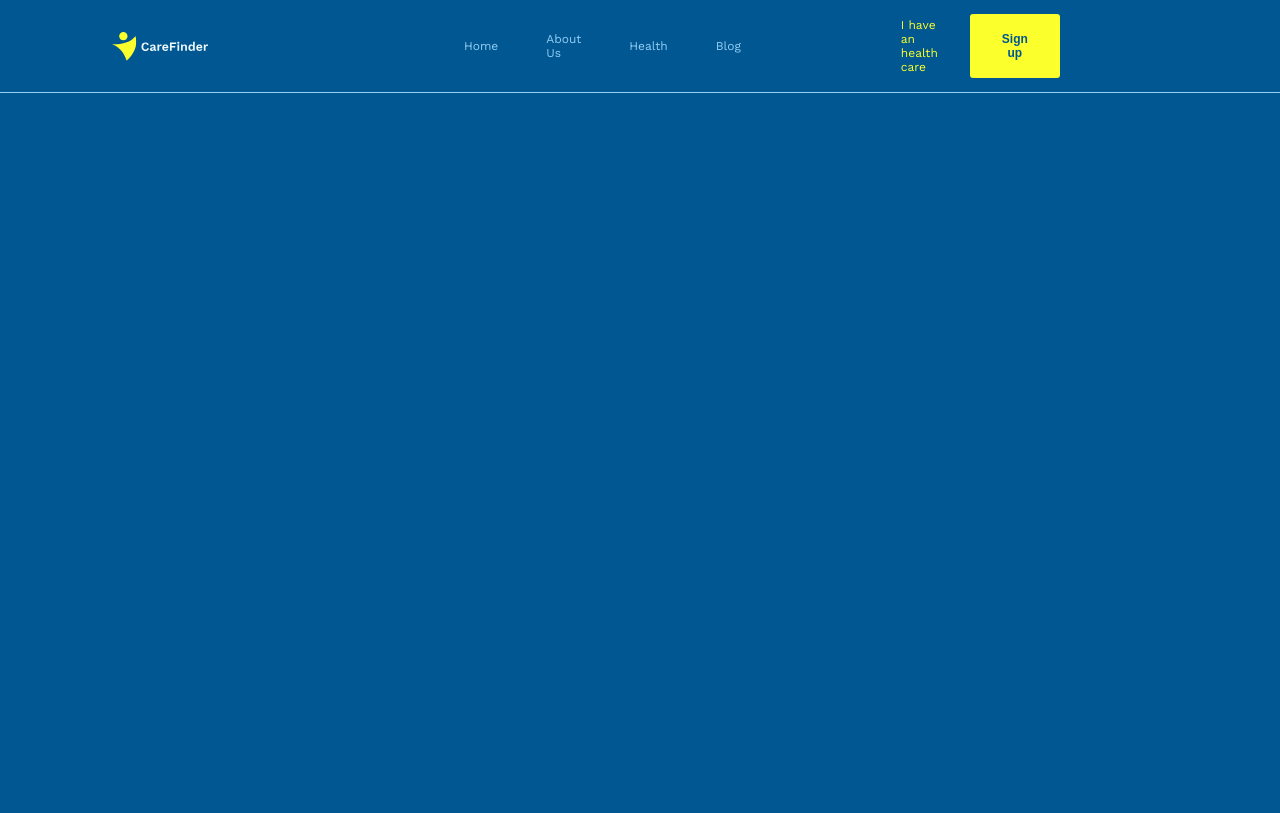
Repository: PreciousOritsedere/Carefinder-App
Page: /
These files come from the project's save history. The page is drawn as it stood at one moment and after a run of saves; the edit follows.
The browser window is 1280 px wide. The pictures show the whole page.
The project was rebuilt for these pictures with package versions that can differ from the ones it lists, and the page was loaded fresh each time. The framework's server and built-in components were replaced by stand-ins that run in the browser. Also part of the build but not shown: next.config.js, src/Components/Nav_Menu/NavMenu.js.

Above is the page before, as saved 2023-06-12 19:56:44.

### src/app/layout.js
// use client


import "./globals.css";
import { Work_Sans } from "next/font/google";
import Navbar from "@/Components/Nav/Navbar";

const work_sans = Work_Sans({ subsets: ["latin"] });

export const metadata = {
  title: "Carefinder",
  description: "Generated by create next app",
};

export default function RootLayout({ children }) {
  return (
    <html lang="en">
      <body className={work_sans.className}>
        <Navbar />
        {children}
      </body>
    </html>
  );
}

### src/app/page.js
import Image from 'next/image'
import styles from './page.module.css'

export default function Home() {
  return (
    <main className={styles.main}>
      <div className={styles.description}>

      </div>
    </main>
  )
}

### src/app/globals.css
@import url('https://fonts.googleapis.com/css2?family=Work+Sans&display=swap');

*, *::before, *::after {
  box-sizing: border-box;
  margin: 0;
  padding: 0;
}

body {
  font-family: 'Work Sans', sans-serif;
  background-color: #005792;
}

### src/Components/Nav/Navbar.js
"use client";
import React from "react";
import { useState } from "react";
import styles from "./Nav.module.css";
import Image from "next/image";
import Logo from "@/assets/nav/logo.svg";
import Hamburger from "@/assets/nav/hamburger.svg";
import Cancel from "@/assets/nav/cancel.svg";
import NavMenu from "@/Components/Nav_Menu/NavMenu";

function Navbar() {
  const [showMenu, setShowMenu] = useState(false);

  const handleMenuToggle = () => {
    setShowMenu(!showMenu);
  };

  return (
    <nav className={styles.nav}>
      <Image src={Logo} alt="Logo" />

      <div className={styles.desktop_menu}>
        <ul>
          <li>Home</li>
          <li>About Us</li>
          {/* <li>Drugs</li> */}
          <li>Health</li>
          <li>Blog</li>
        </ul>
        <div className={styles.nav_signup}>
          <p>I have an health care </p>
          <button>Sign up</button>
        </div>
      </div>
      <div>
        <>
          {showMenu ? (
            <Image src={Cancel} alt="Menu" onClick={handleMenuToggle} />
          ) : (
            <Image
              src={Hamburger}
              alt="Menu"
              className={styles.hamburger}
              onClick={handleMenuToggle}
            />
          )}
        </>
      </div>

      {showMenu ? <NavMenu /> : null}
    </nav>
  );
}

export default Navbar;

### src/Components/Nav/Nav.module.css
.nav {
  margin: 0 auto;
  display: flex;
  align-items: center;
  /* gap: 136px; */
  justify-content: space-between;
  padding: 8px 16px;
  border-bottom: 1px solid #93CEF5;
}

.hamburger {
  position: relative;
  top: 5px;
  right: 5px;
}

.nav_menu {
  position: absolute;
  left: 70%;
  right: 0;
  top: 50px;
  background-color: #93cef5;
  margin: 10px;
  padding: 12px;
  font-size: 14px;
  font-weight: 400;
  border-radius: 6px;
}

.desktop_menu {
  display: none;
  font-size: 12px;
  font-weight: 400;
  color: #93cef5;
}

.desktop_menu ul {
  display: flex;
  align-items: center;
  list-style: none;
}

.desktop_menu ul li {
  padding: 32px 24px;
}

.nav_signup {
  display: flex;
  align-items: center;
  justify-content: space-between;
  gap: 32px;
  color: #fbff2b;
  /* width: 100%; */
}

.nav_signup button {
  padding: 18px 32px;
  background-color: #fbff2b;
  color: #005792;
  border-radius: 3px;
  border: none;
  font-size: 12px;
  font-weight: 600;
}

@media screen and (min-width: 768px) {
  .nav {

    gap: 230px;
    padding: 0 110px;
  }

  .desktop_menu {
    display: flex;
    align-items: center;
    /* justify-content: flex-end; */
    /* justify-content: space-between; */
    gap: 136px;
  }

  .hamburger {
    display: none;
  }
}

Loaded but not shown: src/app/page.module.css (common file)

After the next 2 saves:
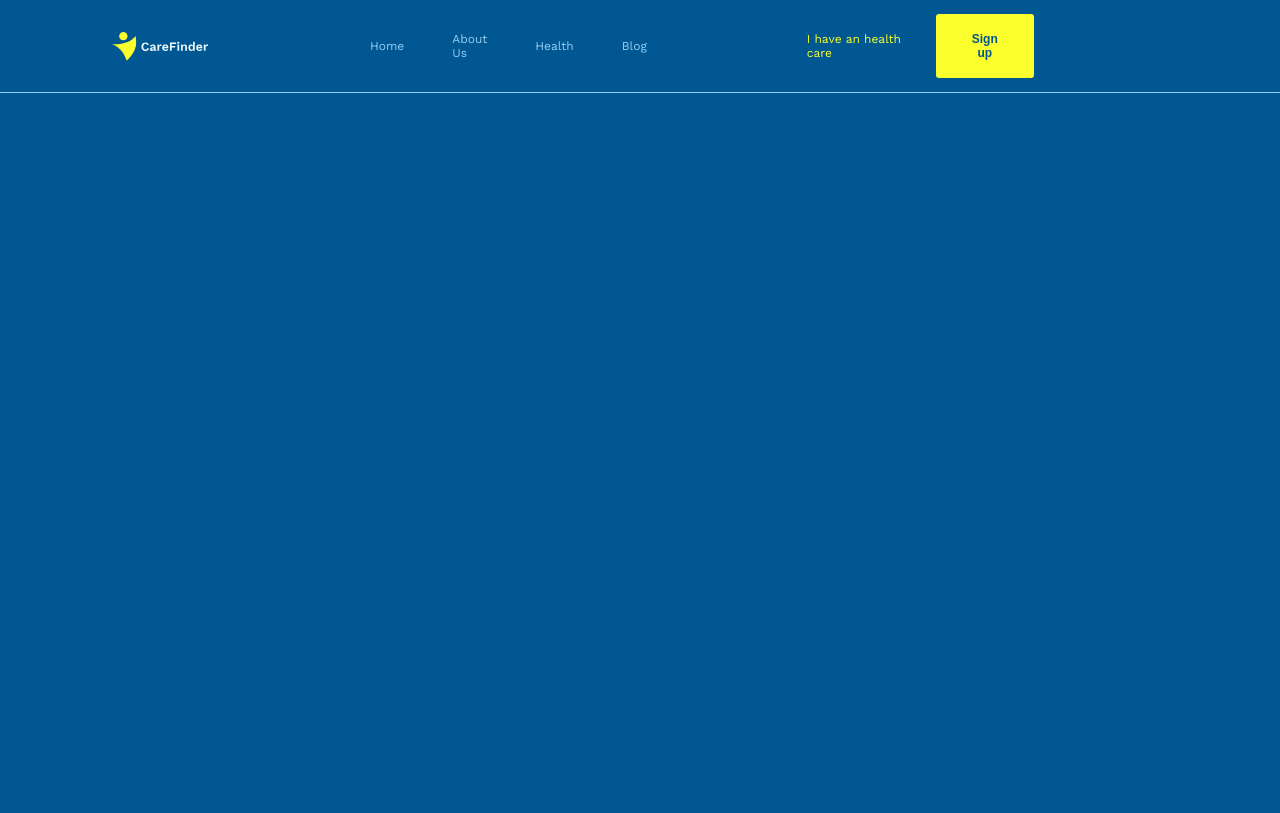
The 2 saves are shown as one change because they came seconds apart.
The last was saved 11 s later.
--- a/src/Components/Nav/Nav.module.css
+++ b/src/Components/Nav/Nav.module.css
@@ -66,7 +66,7 @@
 @media screen and (min-width: 768px) {
   .nav {
 
-    gap: 230px;
+    gap: 136px;
     padding: 0 110px;
   }
 
